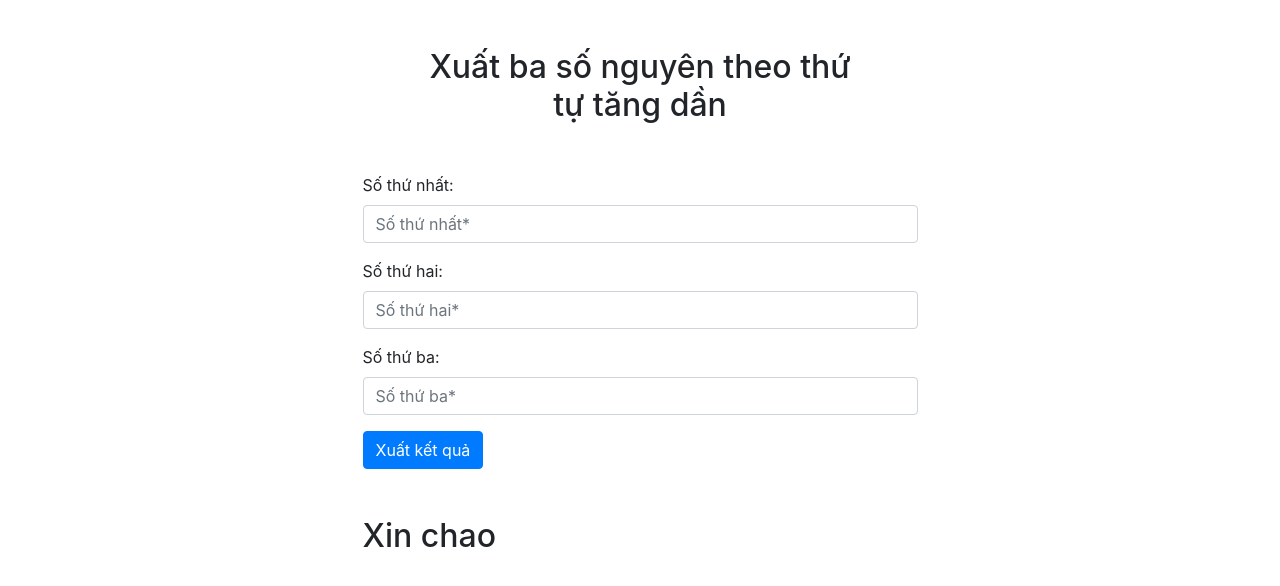
Repository: dovanthao2404/BC14_BaiTap_JS_Buoi_4_dovanthao
Page: html/bai1.html
These files come from the project's save history. The page is drawn as it stood at one moment and after the next save; the edit follows.
The browser window is 1280 px wide. The pictures show the whole page.

Above is the page before, as saved 2021-07-02 00:33:07.

After the next save:
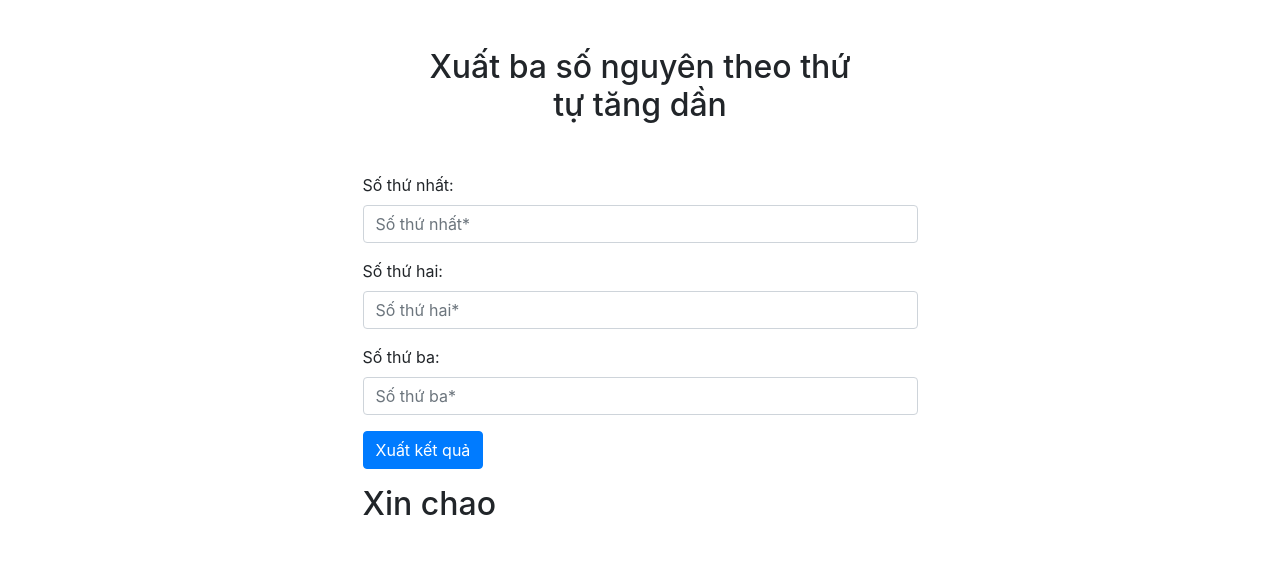
Saved 6 s later.
--- a/html/bai1.html
+++ b/html/bai1.html
@@ -29,7 +29,7 @@
         <input type="text" name="" id="number-3" class="form-control" placeholder="Số thứ ba*">
       </div>
       <button type="button" class="btn btn-primary">Xuất kết quả</button>
-      <div id="ketQua" class='mt-5'>
+      <div id="ketQua" class='mt-3'>
         <h2 class="">Xin chao</h2>
       </div>
     </form>
